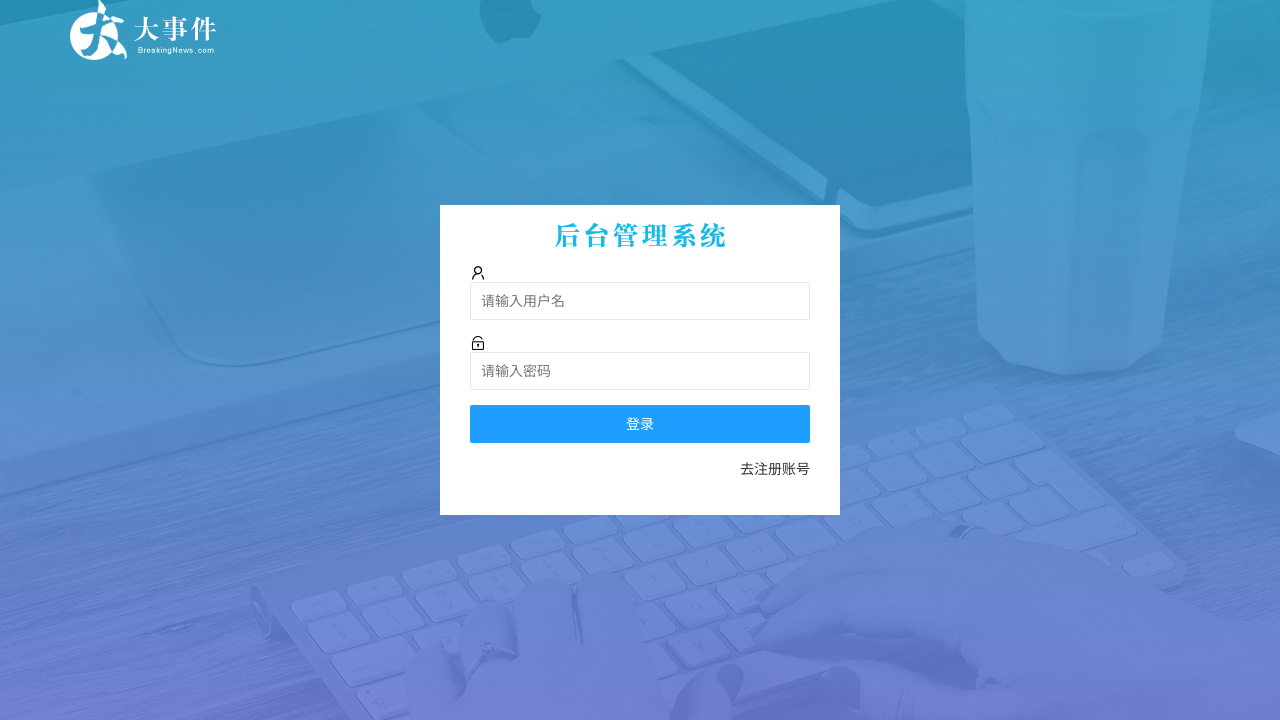
Repository: hjg520/web_bigevent
Page: login.html
The author's editor kept a copy of each file at every save. The page is drawn from the files as they stood at one save, then again after the next save.
The browser window is 1280 px wide. The pictures show the whole page.

Above is the page before, as saved 2022-05-08 16:29:53.

After the next save:
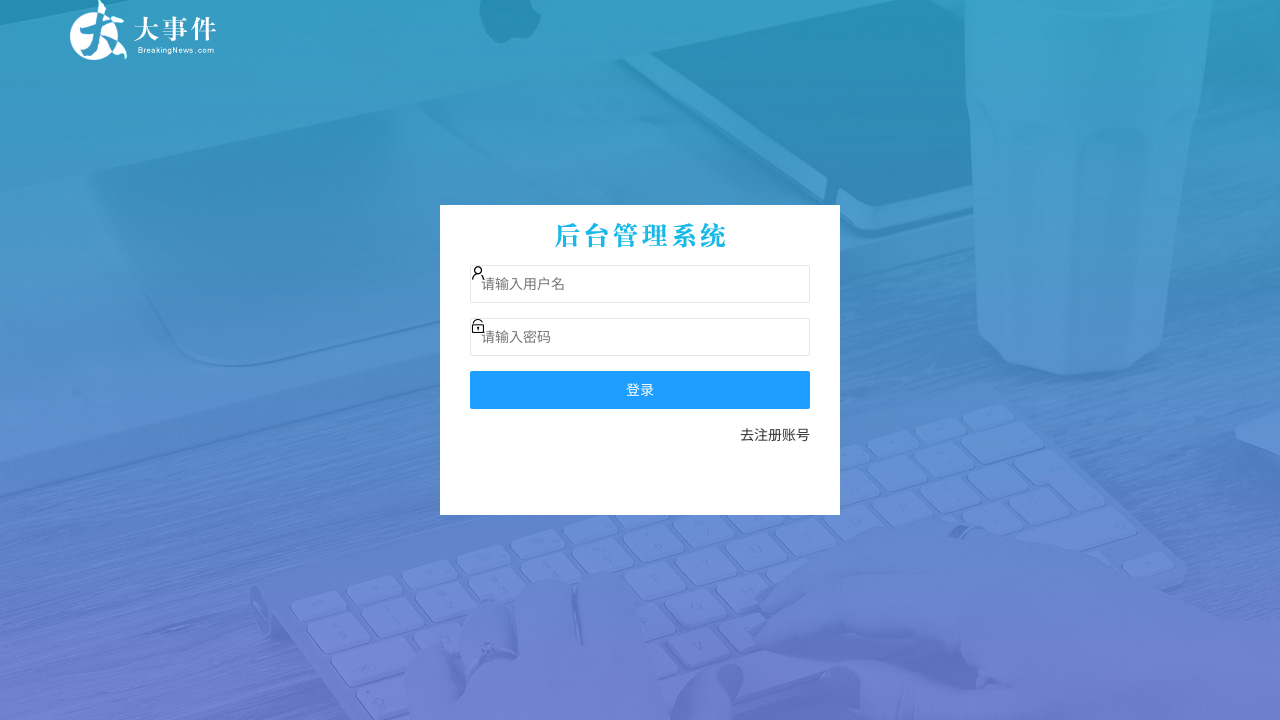
Saved 7 s later.
--- a/assets/css/login.css
+++ b/assets/css/login.css
@@ -81,6 +81,6 @@ body {
 
 .layui-icon {
 
-    posi
+    position: absolute;
 
 }
